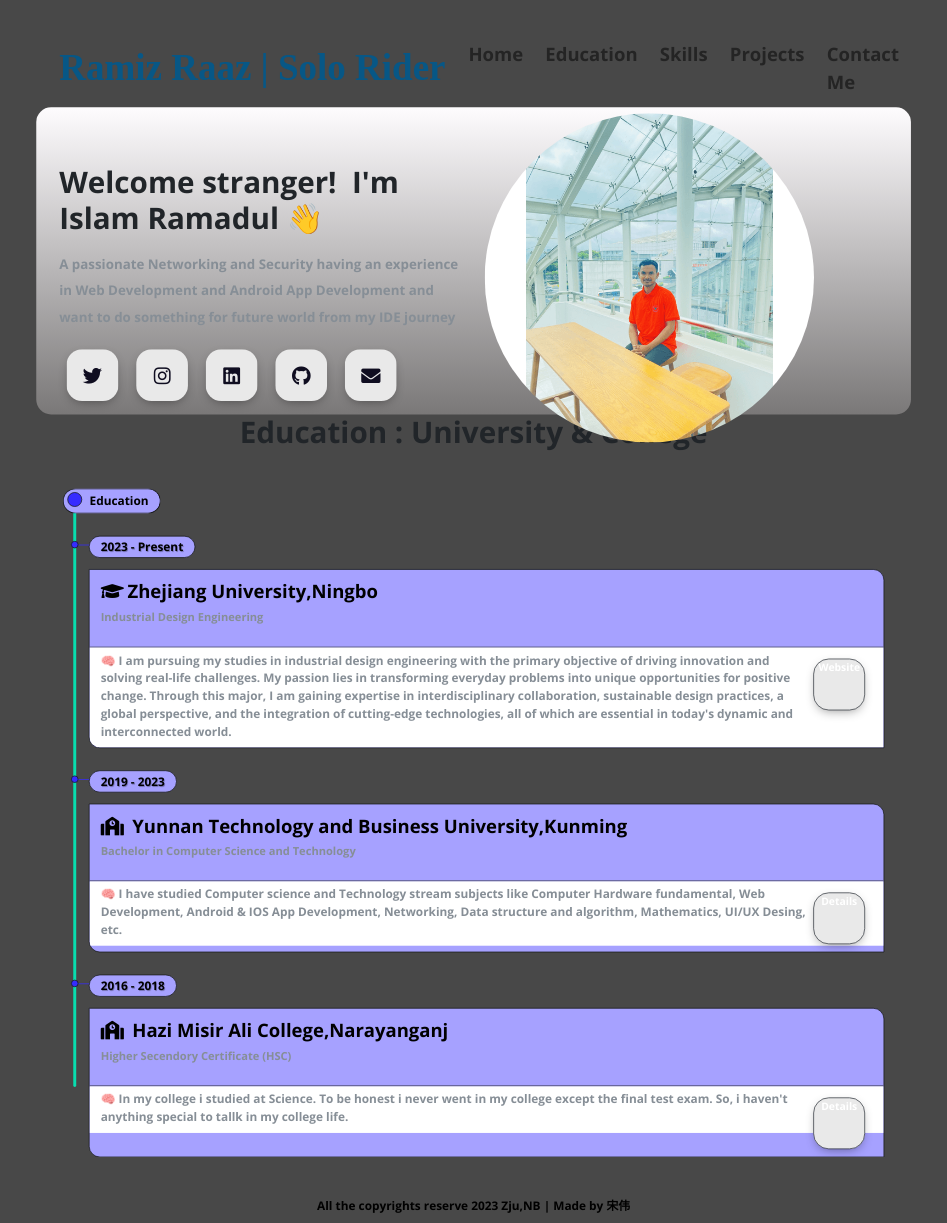
Repository: ramizraaz/ZjuProtfolio
Page: index.html
The author's editor kept a copy of each file at every save. The page is drawn from the files as they stood at one save, then again after the next save.
The browser window is 1280 px wide. The pictures show the whole page, at 74% of full size.
Some web fonts or font styles are not loaded; a fallback is used. Some web libraries are served in a nearby version.

Above is the page before, as saved 2023-10-08 18:23:36.

After the next save:
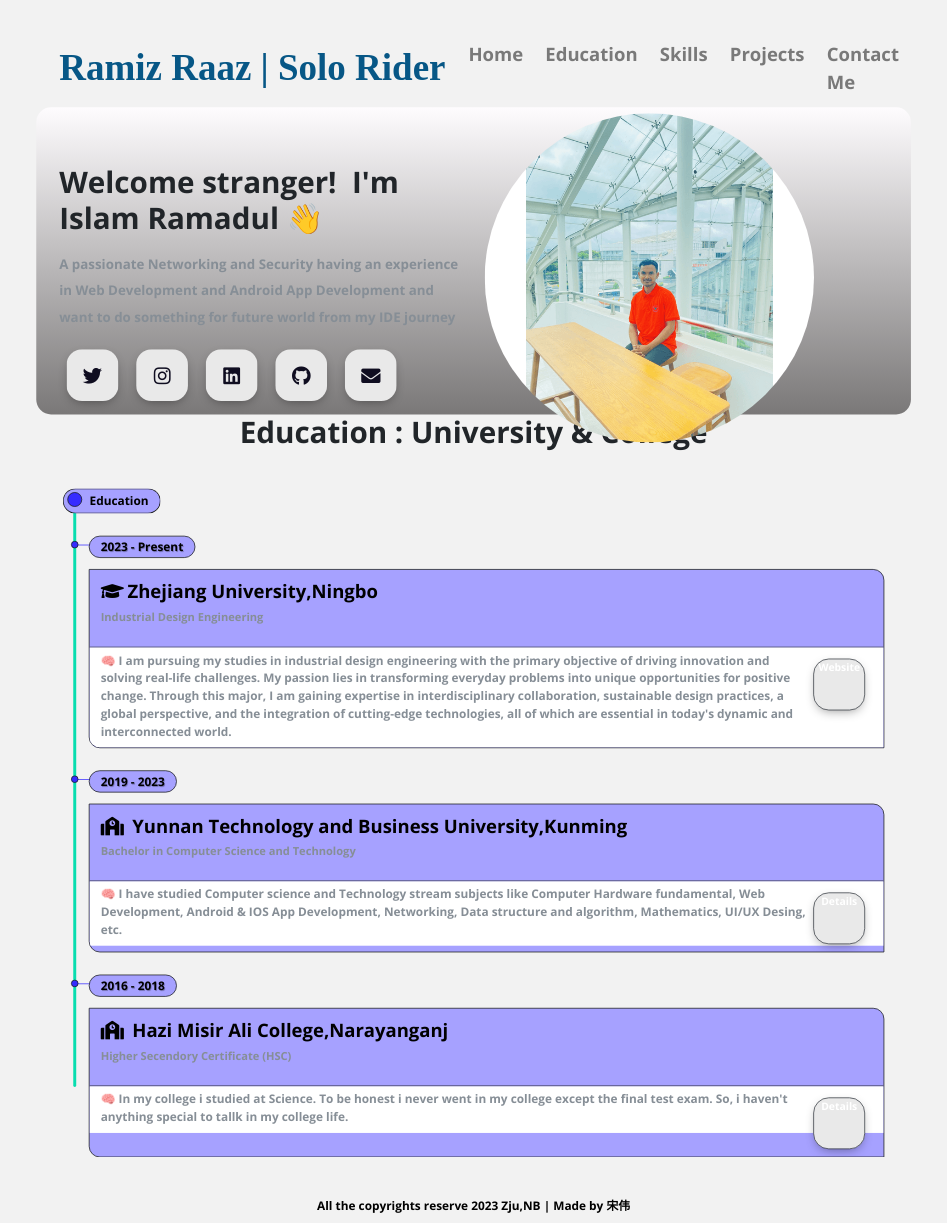
Saved 2 min 5 s later.
--- a/style.css
+++ b/style.css
@@ -2,7 +2,7 @@
     font-family: 'Open Sans', sans-serif;
     margin: 0;
     background: #b1adad;
-    animation: pulse 2s infinite;
+    animation: pulse 5s infinite;
 }
 
 @keyframes pulse {

After the save that followed:
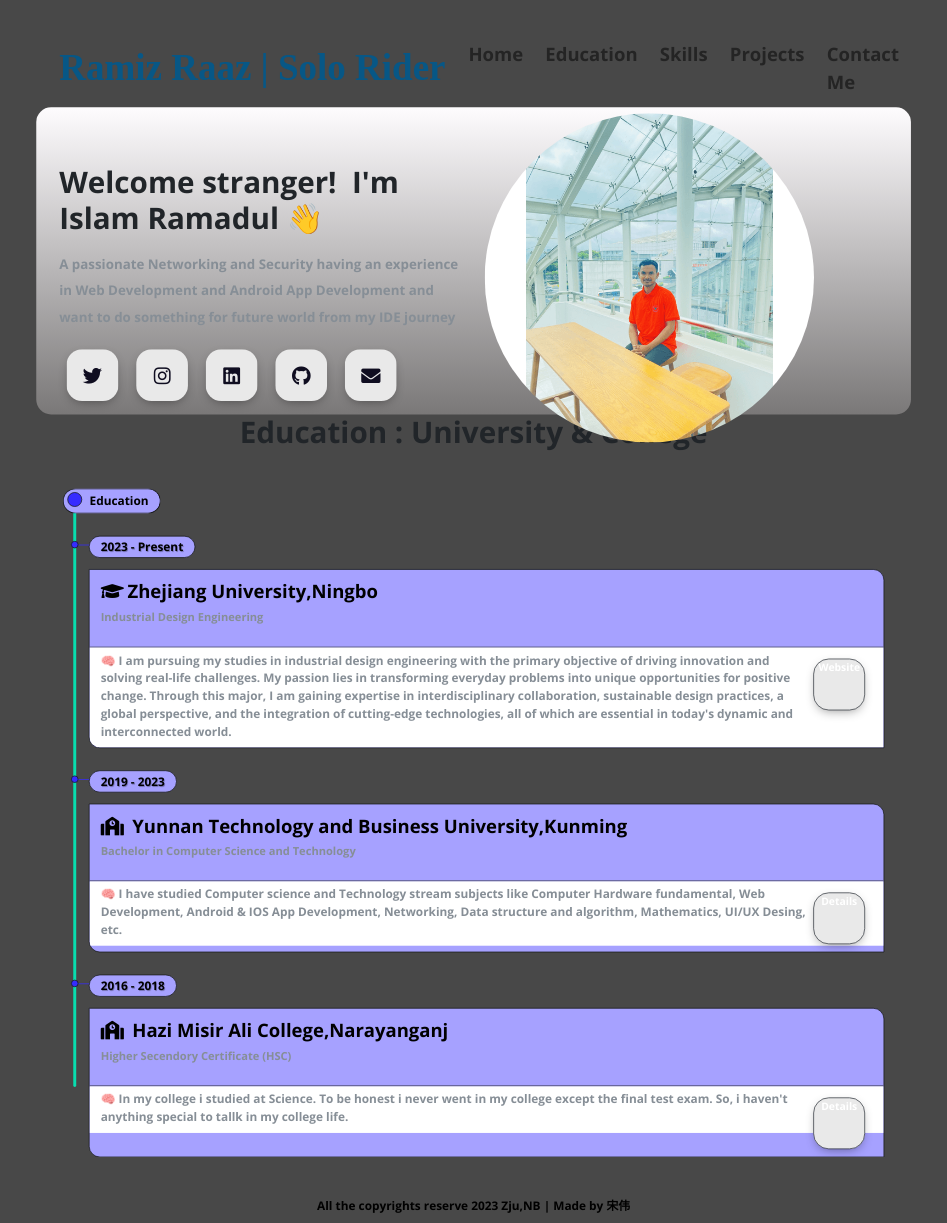
Saved 24 s later.
--- a/style.css
+++ b/style.css
@@ -2,7 +2,7 @@
     font-family: 'Open Sans', sans-serif;
     margin: 0;
     background: #b1adad;
-    animation: pulse 5s infinite;
+    animation: pulse 10s infinite;
 }
 
 @keyframes pulse {
